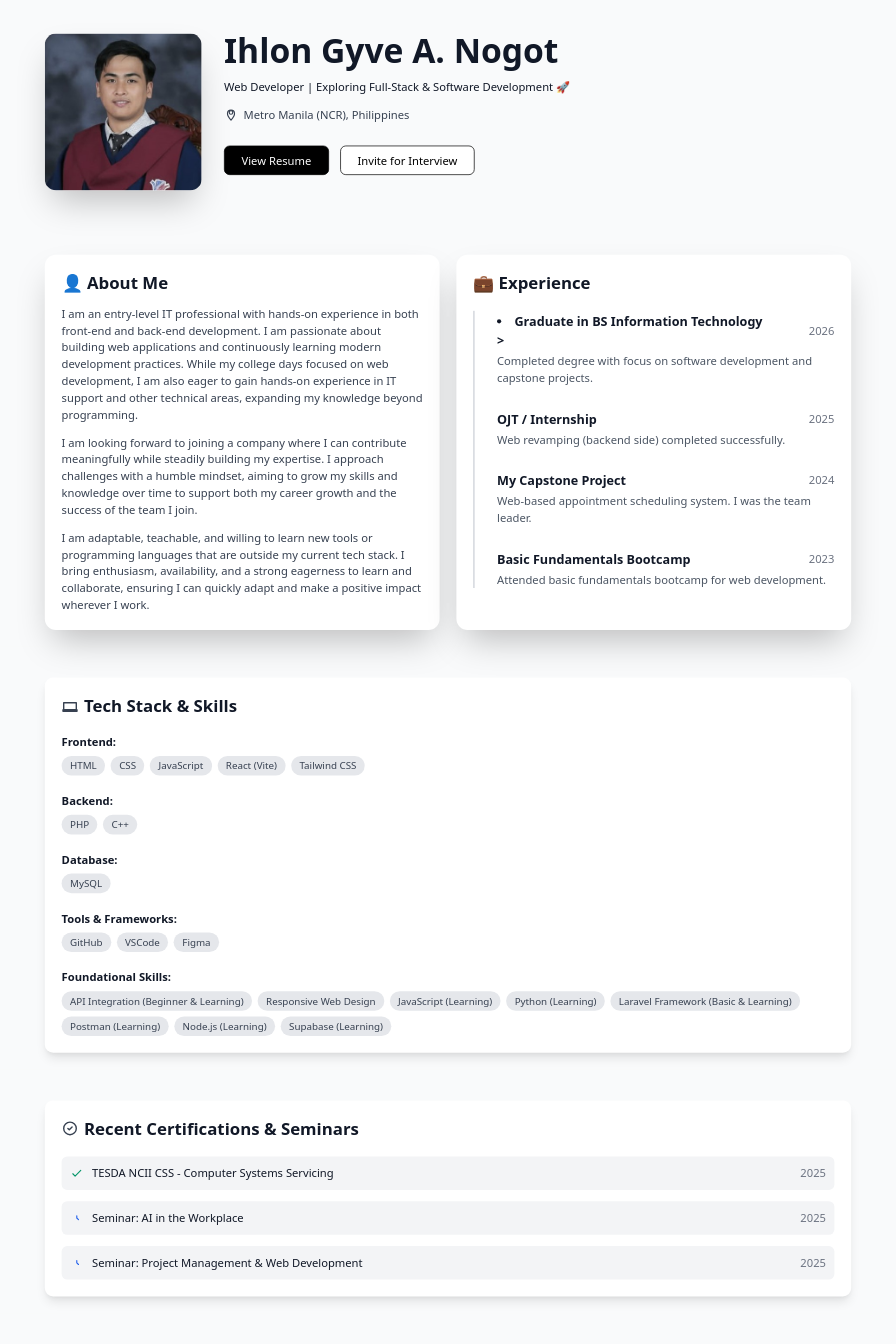
Repository: MeekSharkdev/cv-portfolio
Page: index.html
An editor plug-in stored every save of this project. The page is shown before and after a run of saves, followed by the edit.
The browser window is 1280 px wide. The pictures show the part of the page from y = 0 to 1920 px (the page is 2616 px tall), at 70% of full size.
A picture or video elsewhere on the page could not be fetched, so the positions and the page height are approximate.

Above is the page before, as saved 2026-01-31 20:28:21.
Not found: styles.css

After the next 3 saves:
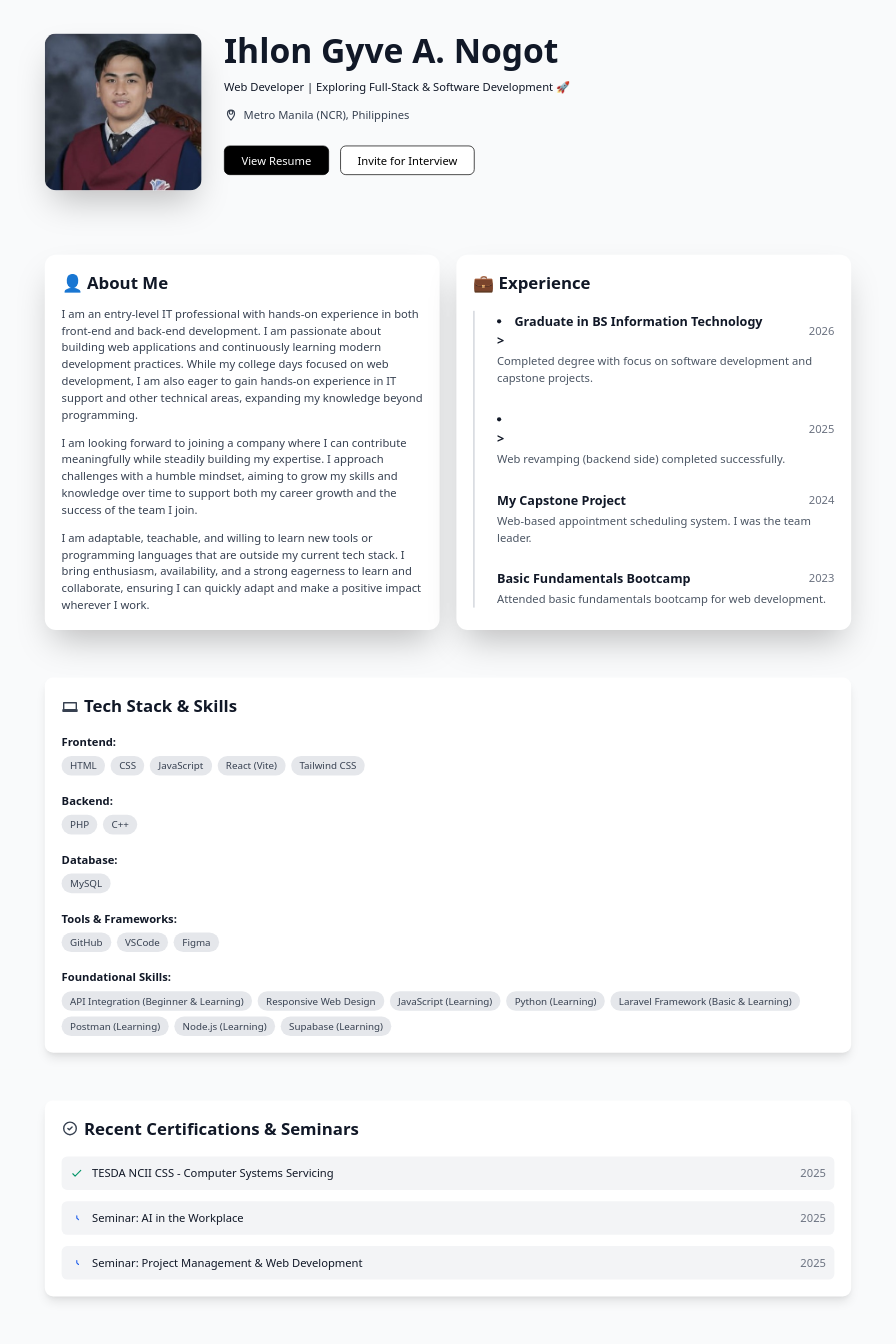
The 3 saves are shown as one change because they came seconds apart.
The last was saved 9 s later.
--- a/index.html
+++ b/index.html
@@ -121,7 +121,7 @@
                 <!-- Internship / OJT -->
                 <div class="relative">
                     <div class="flex justify-between items-center">
-                        <h3 class="text-lg font-bold">OJT / Internship</h3>
+                        <h3 class="text-lg font-bold"><li></li>></h3>
                         <span class="text-gray-500">2025</span>
                     </div>
                     <p class="text-gray-600 mt-1">Web revamping (backend side) completed successfully.</p>
